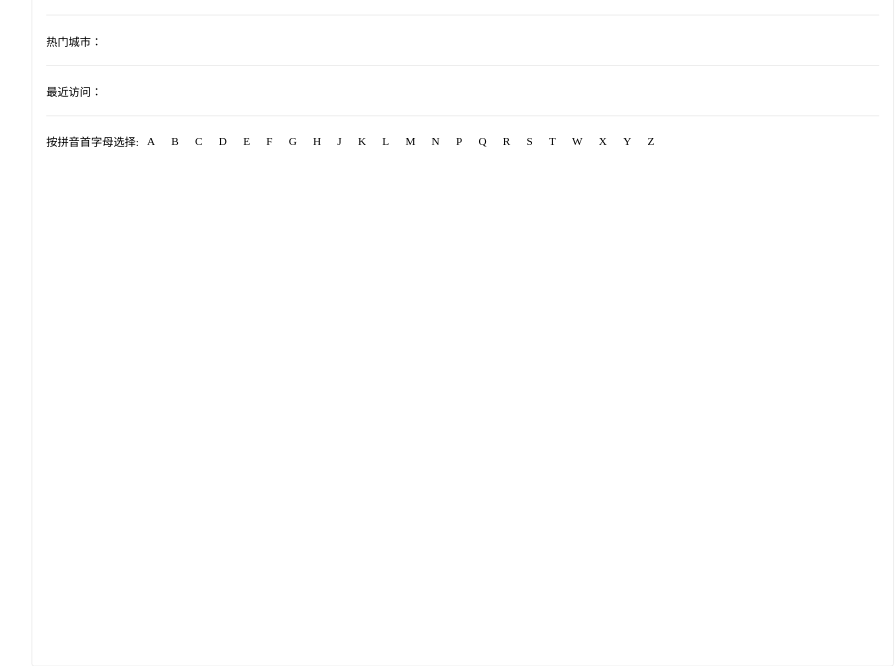
Repository: jinggegeZ/-
Page: /city
These files come from the project's save history. The page is drawn as it stood at one moment and after the next save; the edit follows.
The browser window is 1280 px wide. The pictures show the part of the page from y = 320 to 2240 px (the page is 1272 px tall before and 4714 px after), at 70% of full size.
The page's requests for data from a server got no answer. The project was rebuilt for these pictures with package versions that can differ from the ones it lists, and the page was loaded fresh each time. No one was signed in, and anything a server would have sent is missing. Also part of the build but not shown: vue.config.js, src/components/Navigation/Navigation.vue, src/components/navbox/navbox.vue, src/components/Sty/Sty.vue, src/views/Home.vue.

Above is the page before, as saved 2020-08-22 11:14:23.

After the next save:
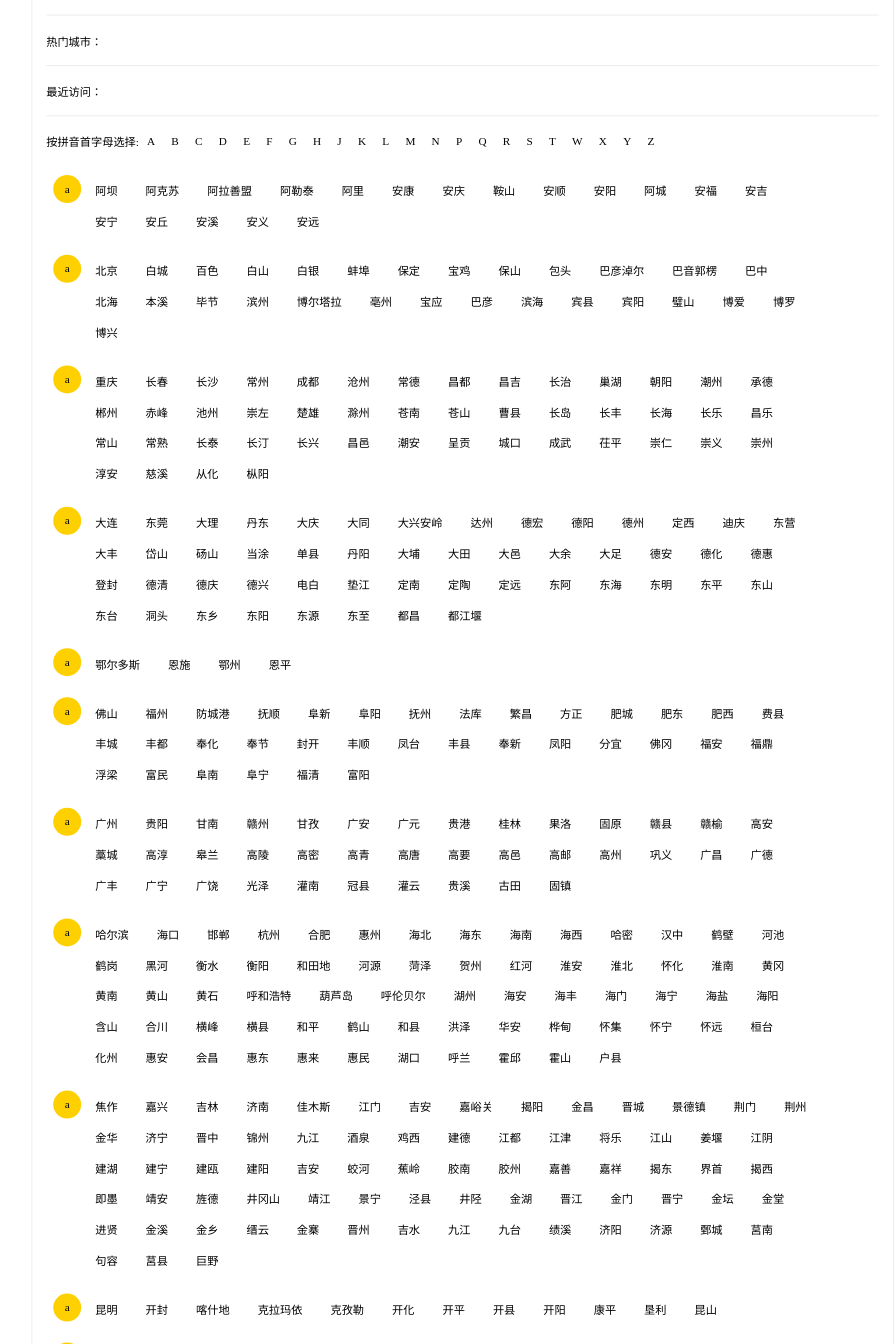
Saved 5 min 22 s later.
--- a/src/views/city/city.vue
+++ b/src/views/city/city.vue
@@ -111,12 +111,12 @@
             </div>
           </div>
           <!-- 详细地区 -->
-          <!-- <div class="detailscity" v-for="(item,index) in letterss" :key="index">
+          <div class="detailscity" v-for="(item,index) in letterss" :key="index">
             <div class="letter">a</div>
             <div class="letters">
                <div class="letters-item" v-for="item2 in item" :key="item2.id">{{item2.name}}</div>
             </div>
-          </div> -->
+          </div>
         </div>
       </div>
     </div>
@@ -227,14 +227,14 @@
       this.letter.push(i);
       this.letters = this.citys[i];
       this.letterss.push(this.letters)
-      this.letter.map((item,index) => {
-        this.letterss.map((item1,index1) => {
-          if(index === index1){
-           item1.unshift(item)
-          }
-        })
-      })
-      console.log(this.letterss);
+      // this.letter.map((item,index) => {
+      //   this.letterss.map((item1,index1) => {
+      //     if(index === index1){
+      //      item1.unshift(item)
+      //     }
+      //   })
+      // })
+      // console.log(this.letterss);
     }
   },
   watch: {},
